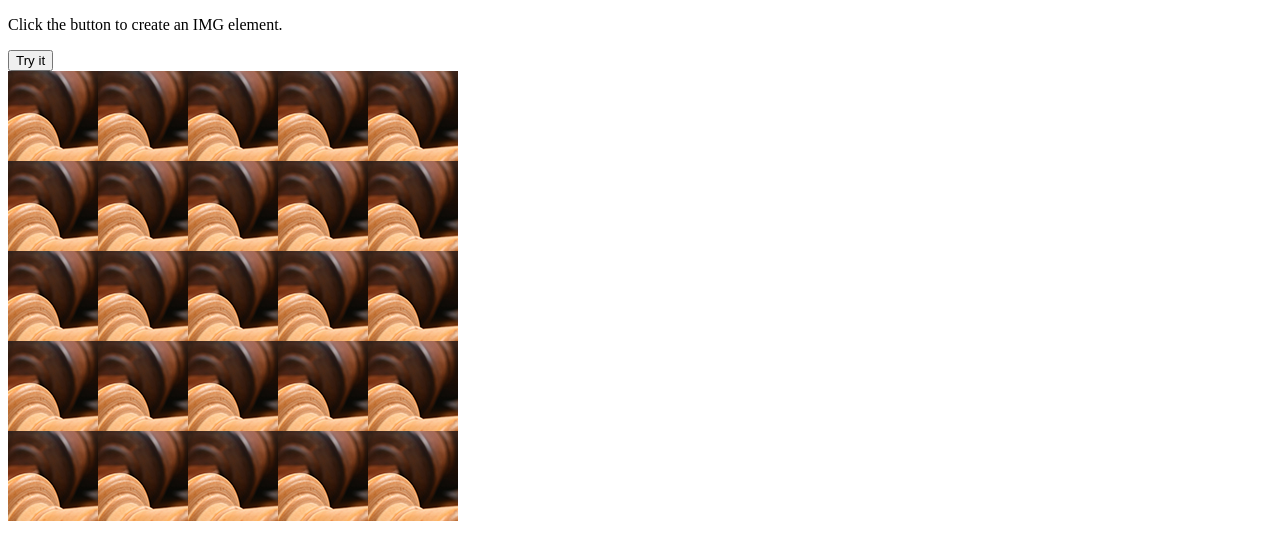
Repository: rashmikagamage/puzzle-vanila-js
Page: index.html
The author's editor kept a copy of each file at every save. The page is drawn from the files as they stood at one save, then again after the next save.
The browser window is 1280 px wide. The pictures show the whole page.

Above is the page before, as saved 2020-08-05 22:39:45.

### index.html
<!DOCTYPE html>
<html>

<head>
    <link rel="stylesheet" type="text/css" href="./style.css">
</head>

<body>

    <p>Click the button to create an IMG element.</p>

    <button onclick="myFunction(5)">Try it</button>
    <div class="gridContainer" id="imgContainer"></div>
    <script src="./function.js">
    </script>

</body>

</html>

### style.css
.gridContainer {
    display: grid;
}

### function.js
function myFunction(num) {

    let cellSize = 450 / num + "px";
    let diff = 100 / num;
    let grid = "";
    let row = num;
    let col = num;
    let idCount = 0
    let xPosition = 0;
    let yPosition = 40;
    console.log(cellSize)

    for (let i = 0; i < num; i++) {
        grid = grid + cellSize + " ";
    }

    document.getElementById("imgContainer").style.gridTemplateColumns = grid;

    for (let i = 0; i < row; i++) {

        let yPosition = 0;

        for (let j = 0; j < col; j++) {

            var x = document.createElement("div");
            x.style.width = cellSize;
            x.style.height = cellSize;
            x.style.backgroundImage = "url('./chess.jpg')"
            x.style.backgroundPosition = "0% 40%" //xPosition + "% " + yPosition + "%"
            x.id = "img" + idCount;
            document.getElementById("imgContainer").appendChild(x);
            // yPosition = yPosition + (100/num);
        }
        // xPosition = xPosition + (100/num);
    }
}

myFunction(5);

After the next save:
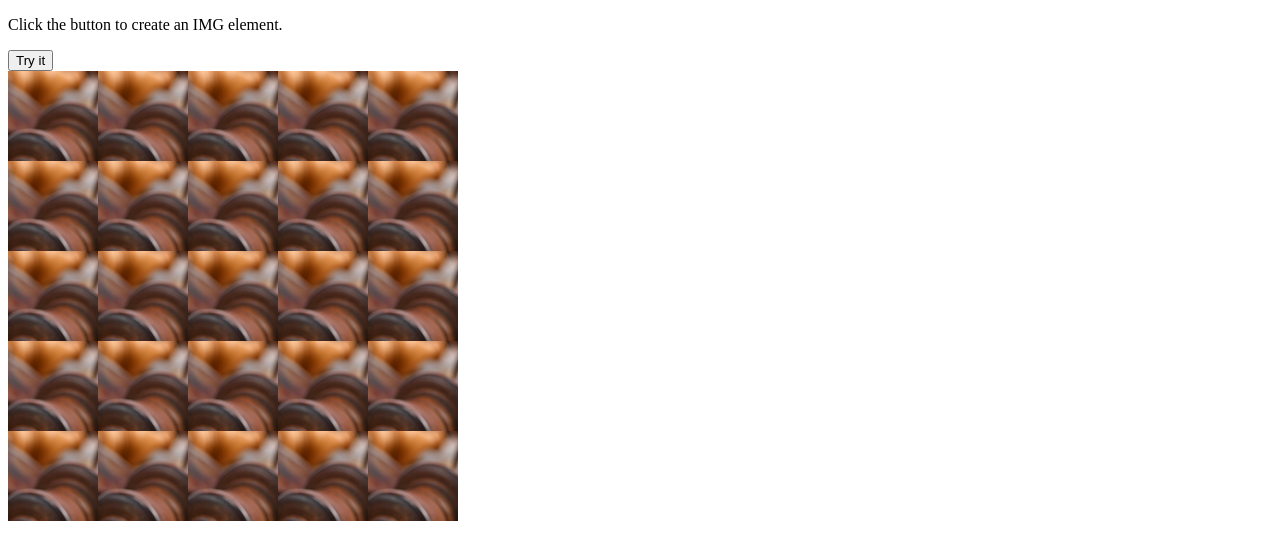
Saved 13 s later.
--- a/function.js
+++ b/function.js
@@ -26,7 +26,7 @@
             x.style.width = cellSize;
             x.style.height = cellSize;
             x.style.backgroundImage = "url('./chess.jpg')"
-            x.style.backgroundPosition = "0% 40%" //xPosition + "% " + yPosition + "%"
+            x.style.backgroundPosition = "0% 20%" //xPosition + "% " + yPosition + "%"
             x.id = "img" + idCount;
             document.getElementById("imgContainer").appendChild(x);
             // yPosition = yPosition + (100/num);
